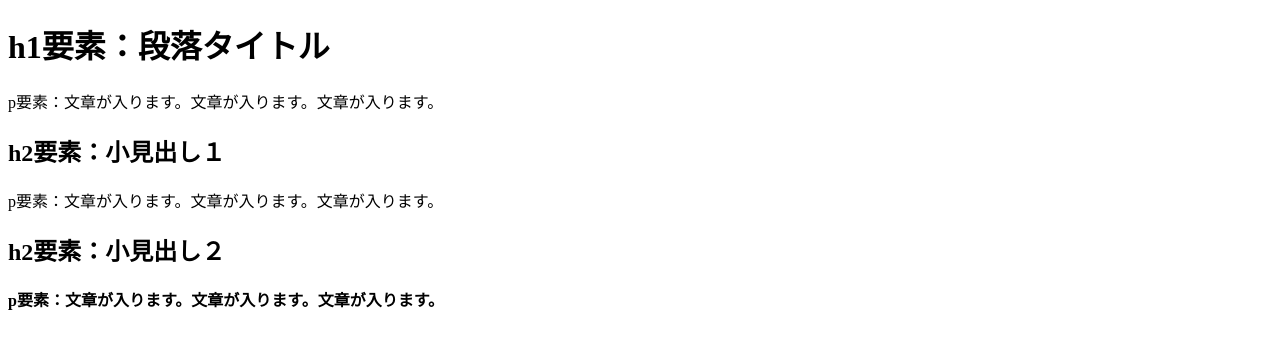
Repository: koukoukou2020/sumurai_HTML-CSS
Page: index.html
The author's editor kept a record of every edit. The page is drawn from the files as they stood at one moment, then again after the next edit.
The browser window is 1280 px wide. The pictures show the whole page.

Above is the page before.

After the next edit:
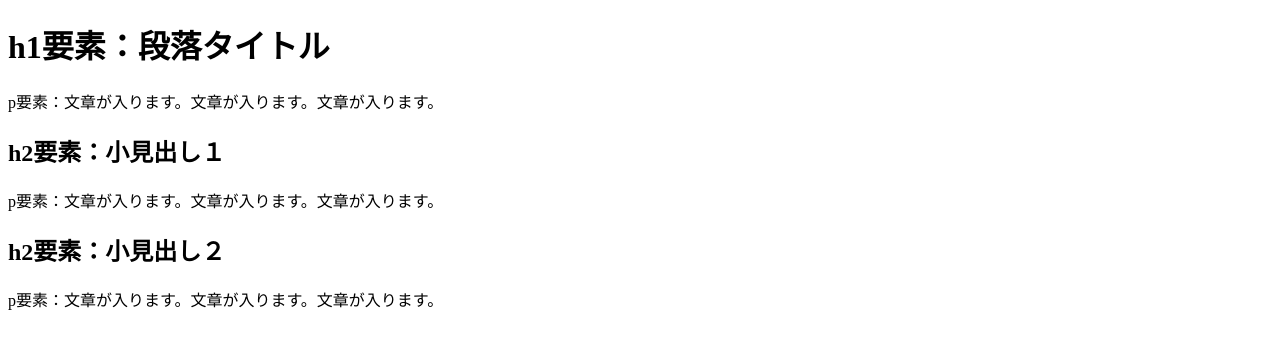
The edit:
--- a/index.html
+++ b/index.html
@@ -12,7 +12,7 @@
       p要素：文章が入ります。文章が入ります。文章が入ります。
     </p>
     <h2 id="red">h2要素：小見出し２</h2>
-    <p style="font-weight: bold;">
+    <p class="fw-bold">
       p要素：文章が入ります。文章が入ります。文章が入ります。
     </p>
   </body>
